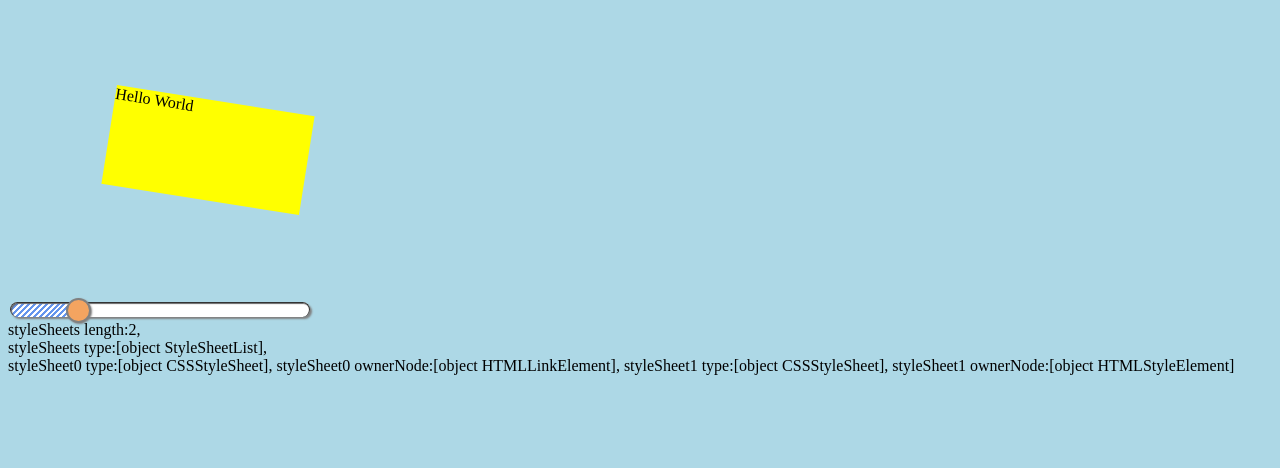
Repository: Jhin7782/HBuilder-Projects
Page: 【CSS】/动画/2d/transform/get-styleSheet.cssRules[i].style.html
An editor plug-in stored every save of this project. The page is shown before and after the next save, followed by the edit.
The browser window is 1280 px wide. The pictures show the whole page.

Above is the page before, as saved 2017-06-13 14:39:24.

After the next save:
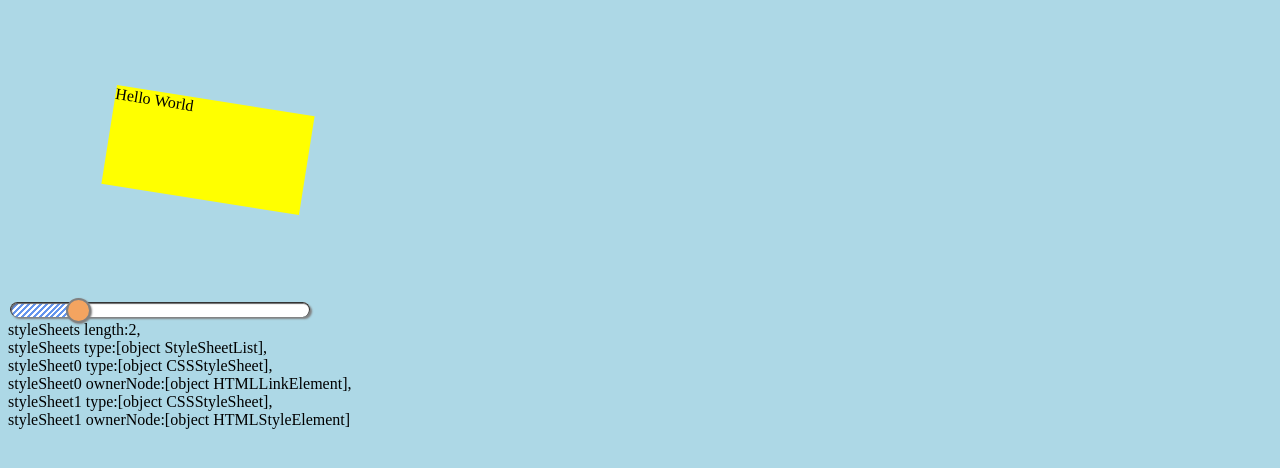
Saved 22 s later.
--- a/【CSS】/动画/2d/transform/get-styleSheet.cssRules[i].style.html
+++ b/【CSS】/动画/2d/transform/get-styleSheet.cssRules[i].style.html
@@ -38,11 +38,11 @@
 //			var styleSheet1 = document.getElementsByTagName('style')[0].sheet;
 			document.writeln(
 				"<br />styleSheets length:" + styleSheets.length +
-				", <br />styleSheets type:" + styleSheets +
+				",<br />styleSheets type:" + styleSheets +
 				",<br /> styleSheet0 type:" + styleSheets[0] +
-				", styleSheet0 ownerNode:" + styleSheets[0].ownerNode +
-				", styleSheet1 type:" + styleSheets[1] +
-				", styleSheet1 ownerNode:" + styleSheets[1].ownerNode
+				",<br />styleSheet0 ownerNode:" + styleSheets[0].ownerNode +
+				",<br />styleSheet1 type:" + styleSheets[1] +
+				",<br />styleSheet1 ownerNode:" + styleSheets[1].ownerNode
 			);
 
 			rotateBoxSlider.oninput = function() {
